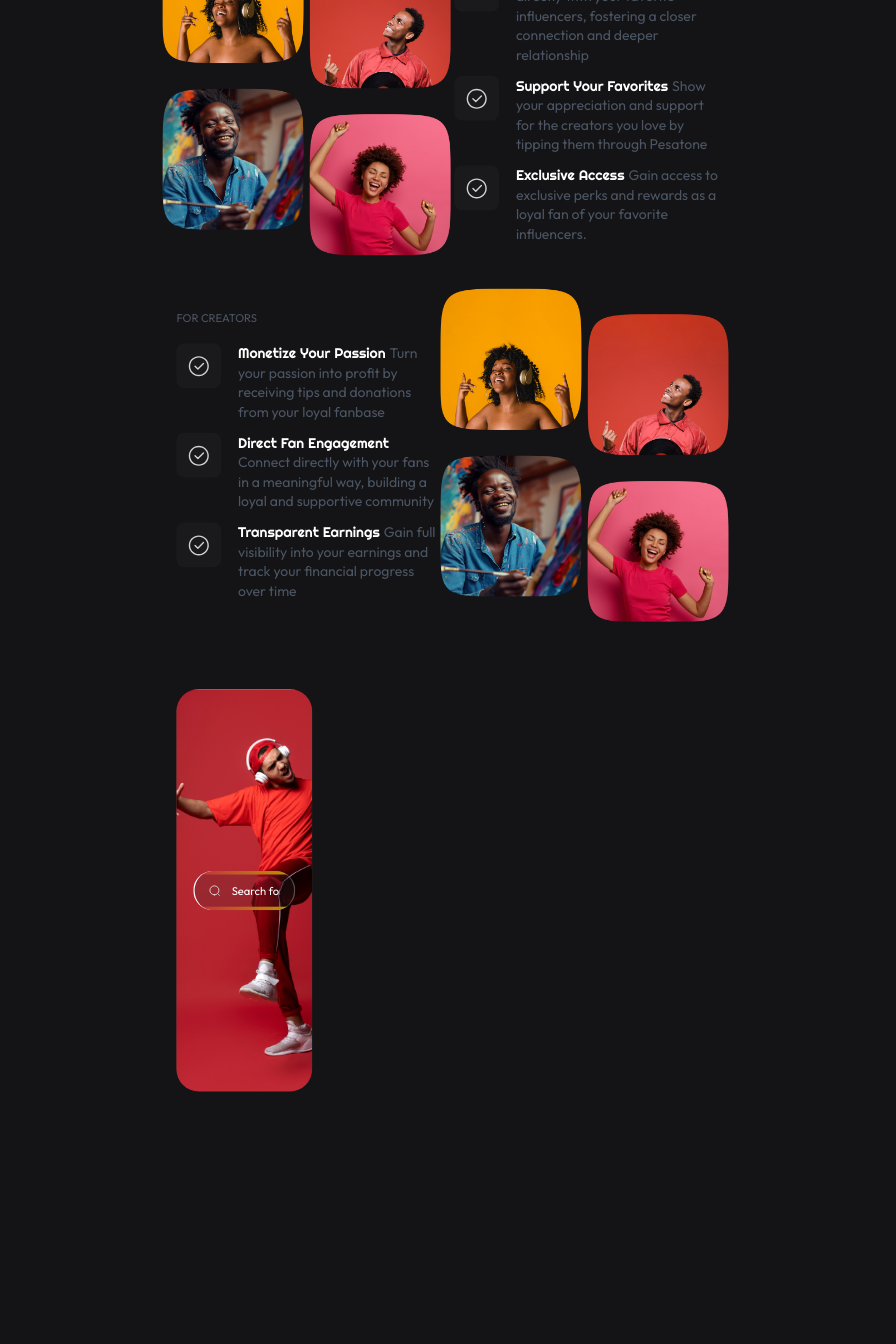
Repository: felixdusengimana/capstone-project-mirror
Page: / (app in frontend/)
These files come from the project's save history. The page is drawn as it stood at one moment and after the next save; the edit follows.
The browser window is 1280 px wide. The pictures show the part of the page from y = 2035 to 3955 px (the page is 3955 px tall), at 70% of full size.
The project was rebuilt for these pictures with package versions that can differ from the ones it lists, and the page was loaded fresh each time. The framework's server and built-in components were replaced by stand-ins that run in the browser. Also part of the build but not shown: frontend/next.config.mjs.

Above is the page before, as saved 2024-03-11 16:16:49.

### frontend/app/layout.tsx
import type { Metadata } from "next";
import { Righteous, Outfit } from "next/font/google";
import "./globals.css";

const outfit = Outfit({ subsets: ["latin"], variable: "--font-outfit" });
const righteous = Righteous({
  subsets: ["latin"],
  variable: "--font-righteous",
  weight: "400",
});

export const metadata: Metadata = {
  title: "Pesatone - Search and gift your favorite creators",
  description:
    "A place where fans show gratitude to the African content creators they love!",
};

export default function RootLayout({
  children,
}: Readonly<{
  children: React.ReactNode;
}>) {
  return (
    <html lang="en">
      <body className={`${outfit.variable} ${righteous.variable} font-sans`}>
        {children}
      </body>
    </html>
  );
}

### frontend/app/page.tsx
import Avatar from "@/components/atoms/Avatar";
import Headline from "@/components/atoms/Headline";
import Card from "@/components/molecules/Card";
import CardIcon from "@/components/molecules/CardIcon";
import Search from "@/components/molecules/Search";
import SmallCard from "@/components/molecules/SmallCard";
import Intro from "@/components/organisms/Intro";
import Navbar from "@/components/organisms/Navbar";
import Image from "next/image";
import React from "react";

export default function page() {
  return (
    <div className="py-[73px]">
      <Navbar />
      <Intro />
      <section className="mt-24 page-padding">
        <div className="max-w-[503px] mx-auto text-center">
          <h5 className="uppercase text-gray-600 mb-4">features</h5>
          <Headline className="text-4xl text-center">
            Unleash Your Influence with Our Exclusive Features
          </Headline>
        </div>
        <div className="grid grid-cols-3 gap-[18px] mt-12">
          <Card title="Secure Transactions" icon="secure">
            Pesatone employs advanced encryption for secure transactions,
            safeguarding you and your fans
          </Card>
          <Card title="Direct Engagement" icon="fast">
            Connect instantly with followers through Pesatone&apos;s
            user-friendly interface, fostering community and stronger
            relationships
          </Card>
          <Card title="Transparent Earnings" icon="dollar">
            Gain clear insight into earnings with Pesatone, easily tracking tips
            and donations for effective financial management
          </Card>
        </div>
      </section>

      <section className="mt-24 page-padding">
        <div className="max-w-[543px] mx-auto text-center">
          <h5 className="uppercase text-gray-600 mb-4">BENEFITS</h5>
          <Headline className="text-4xl text-center">
            Experience the Benefits: Pesatone for Fans and Creators
          </Headline>
        </div>
        <div className="grid grid-cols-2 gap-[18px] mt-12">
          <div className="grid grid-cols-2 w-fit">
            <Avatar
              alt="Profile 1"
              src="/profiles/profile4.png"
              size="2xl"
              circle={false}
              className="ml-[-20px]"
            />
            <Avatar
              alt="Profile 2"
              src={"/profiles/profile3.png"}
              size="2xl"
              circle={false}
              className="mt-[36px]"
            />
            <Avatar
              alt="Profile 3"
              src={"/profiles/profile2.png"}
              size="2xl"
              circle={false}
              className="ml-[-20px]"
            />
            <Avatar
              alt="Profile 4"
              src={"/profiles/profile1.png"}
              size="2xl"
              circle={false}
              className="mt-[36px]"
            />
          </div>
          <div className="flex flex-col justify-center">
            <h5 className="uppercase text-gray-600 mb-6">For Fans</h5>
            <div className="flex flex-col gap-4">
              <SmallCard icon="check" title="Direct Interaction">
                Engage directly with your favorite influencers, fostering a
                closer connection and deeper relationship
              </SmallCard>
              <SmallCard icon="check" title="Support Your Favorites">
                Show your appreciation and support for the creators you love by
                tipping them through Pesatone
              </SmallCard>
              <SmallCard icon="check" title="Exclusive Access ">
                Gain access to exclusive perks and rewards as a loyal fan of
                your favorite influencers.
              </SmallCard>
            </div>
          </div>
        </div>

        <div className="grid grid-cols-2 gap-[18px]  mt-12">
          <div className="flex flex-col justify-center">
            <h5 className="uppercase text-gray-600 mb-6">For creators</h5>
            <div className="flex flex-col gap-4">
              <SmallCard icon="check" title="Monetize Your Passion">
                Turn your passion into profit by receiving tips and donations
                from your loyal fanbase
              </SmallCard>
              <SmallCard icon="check" title="Direct Fan Engagement">
                Connect directly with your fans in a meaningful way, building a
                loyal and supportive community
              </SmallCard>
              <SmallCard icon="check" title="Transparent Earnings">
                Gain full visibility into your earnings and track your financial
                progress over time
              </SmallCard>
            </div>
          </div>
          <div className="grid grid-cols-2 ml-auto w-fit">
            <Avatar
              alt="Profile 1"
              src="/profiles/profile4.png"
              size="2xl"
              circle={false}
              className="ml-[-20px]"
            />
            <Avatar
              alt="Profile 2"
              src={"/profiles/profile3.png"}
              size="2xl"
              circle={false}
              className="mt-[36px]"
            />
            <Avatar
              alt="Profile 3"
              src={"/profiles/profile2.png"}
              size="2xl"
              circle={false}
              className="ml-[-20px]"
            />
            <Avatar
              alt="Profile 4"
              src={"/profiles/profile1.png"}
              size="2xl"
              circle={false}
              className="mt-[36px]"
            />
          </div>
        </div>
      </section>

      <section className="mt-24 page-padding">
        <div className="grid grid-cols-4 grid-rows-3 min-h-[862px]">
          <div className="bg-[url('/creator-bg.png')] bg-cover bg-no-repeat row-span-2 bg-red-400 rounded-[32px] px-6 flex items-center justify-center">
            <Search className="button-border-gradient" />
          </div>
        </div>
      </section>
    </div>
  );
}

### frontend/app/globals.css
@tailwind base;
@tailwind components;
@tailwind utilities;

:root {
  --bg: #141416;
  --bg-hover: #232326;
  --secondary-color: #17171A;
  --foreground-rgb: 0, 0, 0;
  --background-start-rgb: 214, 219, 220;
  --background-end-rgb: 255, 255, 255;
}

@media (prefers-color-scheme: dark) {
  :root {
    --foreground-rgb: 255, 255, 255;
    --background-start-rgb: 0, 0, 0;
    --background-end-rgb: 0, 0, 0;
  }
}

body {
  background: var(--bg);
  color: rgb(var(--foreground-rgb));
}

@layer utilities {
  .text-balance {
    text-wrap: balance;
  }
}

.page-padding {
  padding: 0 252px;
}

.button-border-gradient {
  border-left: 2px solid #FFF;
  border-right: 2px solid #ffffff44;
  background-image: linear-gradient(90deg, #c13041, #bd9600), linear-gradient(90deg, #c13041, #bd9600);
  background-size: 100% 5px;
  background-position: 0 0, 0 100%;
  background-repeat: no-repeat;
}

### frontend/components/atoms/Avatar.tsx
/* eslint-disable @next/next/no-img-element */
import { ComponentProps } from "react";
import Icon from "./Icon";

interface AvatarProps extends ComponentProps<"div"> {
  src: string;
  alt?: string;
  size?: "sm" | "md" | "lg" | "xl" | "2xl";
  circle?: boolean;
  bordered?: boolean;
  fallBackText?: string;
}
export default function Avatar({ ...props }: AvatarProps) {
  const {
    src,
    alt,
    size = "sm",
    circle = true,
    fallBackText,
    bordered,
    ...rest
  } = props;

  const sizeClasses = {
    sm: "w-10 h-10",
    md: "w-12 h-12",
    lg: "w-16 h-16",
    xl: "w-[150px] h-[150px]",
    "2xl": "w-[202px] h-[202px]",
  };

  return (
    <div
      {...rest}
      className={`${src ? "bg-transparent" : "bg-gray-100"} ${
        circle ? "rounded-full" : "rounded"
      } ${bordered ? "border-2 border-white" : ""} ${sizeClasses[size]} ${
        rest.className
      } flex items-center justify-center overflow-hidden`}
    >
      {src ? (
        <img
          src={src}
          alt={alt}
          className={`w-full ${sizeClasses[size]} object-cover`}
        />
      ) : fallBackText ? (
        fallBackText
      ) : (
        <Icon name="user" />
      )}
    </div>
  );
}

### frontend/components/atoms/Headline.tsx
import { ComponentProps } from "react";

interface HeadlineProps extends ComponentProps<"h1"> {}

export default function Headline({ ...props }: HeadlineProps) {
  return (
    <div className={`font-mono text-white ${props.className}`}>
      {props.children}
    </div>
  );
}

### frontend/components/molecules/Card.tsx
import { ComponentProps } from "react";
import { IconNames } from "../atoms/Icon";
import Headline from "../atoms/Headline";
import CardIcon from "./CardIcon";

interface CardProps extends ComponentProps<"div"> {
  icon?: IconNames;
  title?: string;
}

export default function Card({ ...props }: CardProps) {
  const { icon, title, ...rest } = props;
  return (
    <div {...rest} className={`bg-[#171719] p-8 rounded-[23px]`}>
      {icon && <CardIcon icon={icon} />}
      <Headline className="text-2xl font-normal mt-6">{title}</Headline>
      <p
        className={`text-gray-600 font-normal text-xl mt-4 max-w-[333px] ${props.className}`}
      >
        {props.children}
      </p>
    </div>
  );
}

### frontend/components/molecules/Search.tsx
"use client";
import { ComponentProps, useEffect, useState } from "react";
import Icon from "../atoms/Icon";

interface SearchProps extends ComponentProps<"div"> {
  placeholder?: string;
  onSearch?: (query: string) => void;
  onClear?: () => void;
}
export default function Search({
  placeholder = "Search for creators",
  onSearch,
  onClear,
  ...props
}: SearchProps) {
  const [query, setQuery] = useState("");

  // return value after 300ms
  useEffect(
    () => {
      const timer = setTimeout(() => {
        onSearch?.(query);
      }, 300);
      return () => clearTimeout(timer);
    },
    // eslint-disable-next-line react-hooks/exhaustive-deps
    [query]
  );

  return (
    <div
      {...props}
      className={`flex bg-[#2C2C3033] px-5 py-4 gap-4 rounded-full ${props.className}`}
    >
      <Icon name="search" onClick={() => onSearch?.(query)} />
      <input
        disabled
        type="text"
        placeholder={placeholder}
        className="w-full text-white placeholder:text-white bg-transparent outline-none"
        onChange={(e) => setQuery(e.target.value)}
      />
    </div>
  );
}

### frontend/components/molecules/SmallCard.tsx
import { ComponentProps } from "react";
import { IconNames } from "../atoms/Icon";
import CardIcon from "./CardIcon";

interface SmallCardProps extends ComponentProps<"div"> {
  icon: IconNames;
  title: string;
}

export default function SmallCard({ ...props }: SmallCardProps) {
  return (
    <div className="flex gap-6">
      <CardIcon icon={props.icon} />
      <p className="text-gray-600 font-normal text-xl">
        <span className="text-white font-mono">{props.title} </span>
        {props.children}
      </p>
    </div>
  );
}

### frontend/components/organisms/Intro.tsx
"use client";

import Headline from "@/components/atoms/Headline";
import Search from "@/components/molecules/Search";
import DownloadApp from "../molecules/DownloadApp";

export default function Intro() {
  return (
    <div className="grid grid-cols-2 pl-[252px]">
      <div className="mt-40">
        <Headline className="text-[64px] leading-[79.47px]">
          Search and gift your favorite creators
        </Headline>
        <p className="text-xl text-gray-600 max-w-[535px] mt-5">
          A place where fans show gratitude to the African content creators they
          love!
        </p>
        <Search className="max-w-[502px] mt-10" />

        <p className="text-gray-600 mt-24 text-base">
          Trusted Users <br />
          Rated 4.5 by 700K+ Customers
        </p>
        <div className="flex gap-6 mt-6">
          <DownloadApp os="android" />
          <DownloadApp os="ios" className="px-[42px]" />
        </div>
      </div>
      <div className="h-full w-full">
        {/* eslint-disable-next-line @next/next/no-img-element */}
        <img src="./home-bg.png" alt="" className="w-full h-full" />
      </div>
    </div>
  );
}

### frontend/components/organisms/Navbar.tsx
import Image from "next/image";
import Button from "../atoms/Button";
import Link from "next/link";

export default function Navbar() {
  return (
    <div className="page-padding flex justify-between items-center">
      <Link href={"/"} className="flex  items-center gap-2">
        <Image
          src="/logo-white.png"
          alt="PESATONElogo"
          width={40}
          height={40}
        />
        <p className="text-sm">ESATONE</p>
      </Link>
      <div className="flex items-center gap-6">
        <Link href={"/login"}>
          <Button variant="secondary" className="px-12">
            Login
          </Button>
        </Link>
        <Link href={"/join"}>
          <Button variant="white" className="font-semibold">
            Sign up free
          </Button>
        </Link>
      </div>
    </div>
  );
}

### frontend/components/molecules/CardIcon.tsx
import React from "react";
import Icon, { IconNames } from "../atoms/Icon";

export default function CardIcon({ icon }: { icon: IconNames }) {
  return (
    <div className="w-16 min-w-[64px] h-16 rounded-[11px] bg-[#1A1A1C] flex items-center justify-center">
      <Icon name={icon} />
    </div>
  );
}

### frontend/components/molecules/DownloadApp.tsx
import { ComponentProps } from "react";
import Icon from "../atoms/Icon";

interface DownloadAppProps extends ComponentProps<"div"> {
  os: "android" | "ios";
}

export default function DownloadApp({ os, ...props }: DownloadAppProps) {
  return (
    <div
      {...props}
      className={`flex items-center gap-4 px-10 py-4 border border-[#202024] bg-[#202024] rounded-full cursor-pointer min-w-[202.09px]`}
    >
      <Icon name={os == "android" ? "google-play" : "apple-store"} />
      <div>
        <p className="text-[#DBDBDB] font-medium text-[10px]">
          {os == "android" ? "Get it On" : "Download on the"}
        </p>
        <h3 className="text-[#DBDBDB] font-bold text-sm">
          {os == "android" ? "Google Play" : "App Store"}
        </h3>
      </div>
    </div>
  );
}

### frontend/components/atoms/Button.tsx
import { ComponentProps } from "react";

interface ButtonProps extends ComponentProps<"button"> {
  variant?: "dark" | "white" | "blurred" | "secondary";
  size?: "sm" | "md" | "lg";
  bordered?: boolean;
}

export default function Button({ ...props }: ButtonProps) {
  const { variant = "dark", size = "md", bordered = false } = props;

  const variantClasses = {
    dark: "bg-black text-white",
    white: "bg-white text-black",
    secondary: "bg-secondary text-white",
    blurred: "bg-blurred text-white",
  };

  const sizeClasses = {
    sm: "px-2 py-1",
    md: "px-8 py-4",
    lg: "px-6 py-3",
  };

  const borderClasses = bordered ? "border border-black" : "";

  return (
    <button
      {...props}
      className={`text-xl font-normal rounded-full ${variantClasses[variant]} ${sizeClasses[size]} ${borderClasses} ${props.className}`}
    >
      {props.children}
    </button>
  );
}

### frontend/tailwind.config.ts
import type { Config } from "tailwindcss";

const config: Config = {
  content: [
    "./pages/**/*.{js,ts,jsx,tsx,mdx}",
    "./components/**/*.{js,ts,jsx,tsx,mdx}",
    "./app/**/*.{js,ts,jsx,tsx,mdx}",
  ],
  theme: {
    extend: {
      // backgroundImage: {
      //   "gradient-radial": "radial-gradient(var(--tw-gradient-stops))",
      //   "gradient-conic":
      //     "conic-gradient(from 180deg at 50% 50%, var(--tw-gradient-stops))",
      // },
      fontFamily: {
        sans: ["var(--font-outfit)"],
        mono: ["var(--font-righteous)"],
      },
      colors: {
        secondary: "var(--secondary-color)",
      },
    },
  },
  plugins: [],
};
export default config;

Loaded but not shown: frontend/components/atoms/Icon.tsx (241 lines, source omitted)

After the next save:
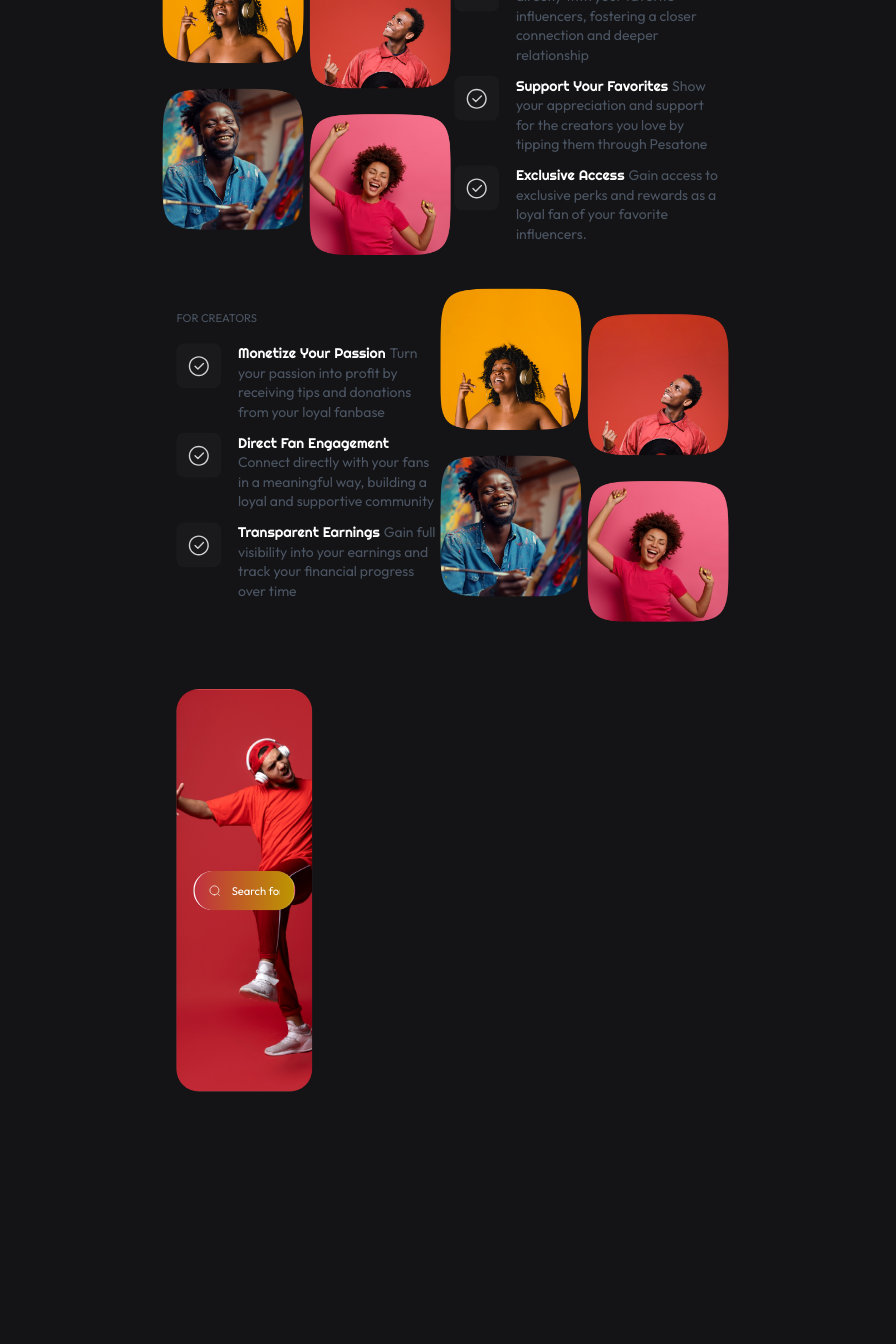
Saved 10 s later.
--- a/frontend/app/globals.css
+++ b/frontend/app/globals.css
@@ -38,7 +38,4 @@ body {
   border-left: 2px solid #FFF;
   border-right: 2px solid #ffffff44;
   background-image: linear-gradient(90deg, #c13041, #bd9600), linear-gradient(90deg, #c13041, #bd9600);
-  background-size: 100% 5px;
-  background-position: 0 0, 0 100%;
-  background-repeat: no-repeat;
 }

After the save that followed:
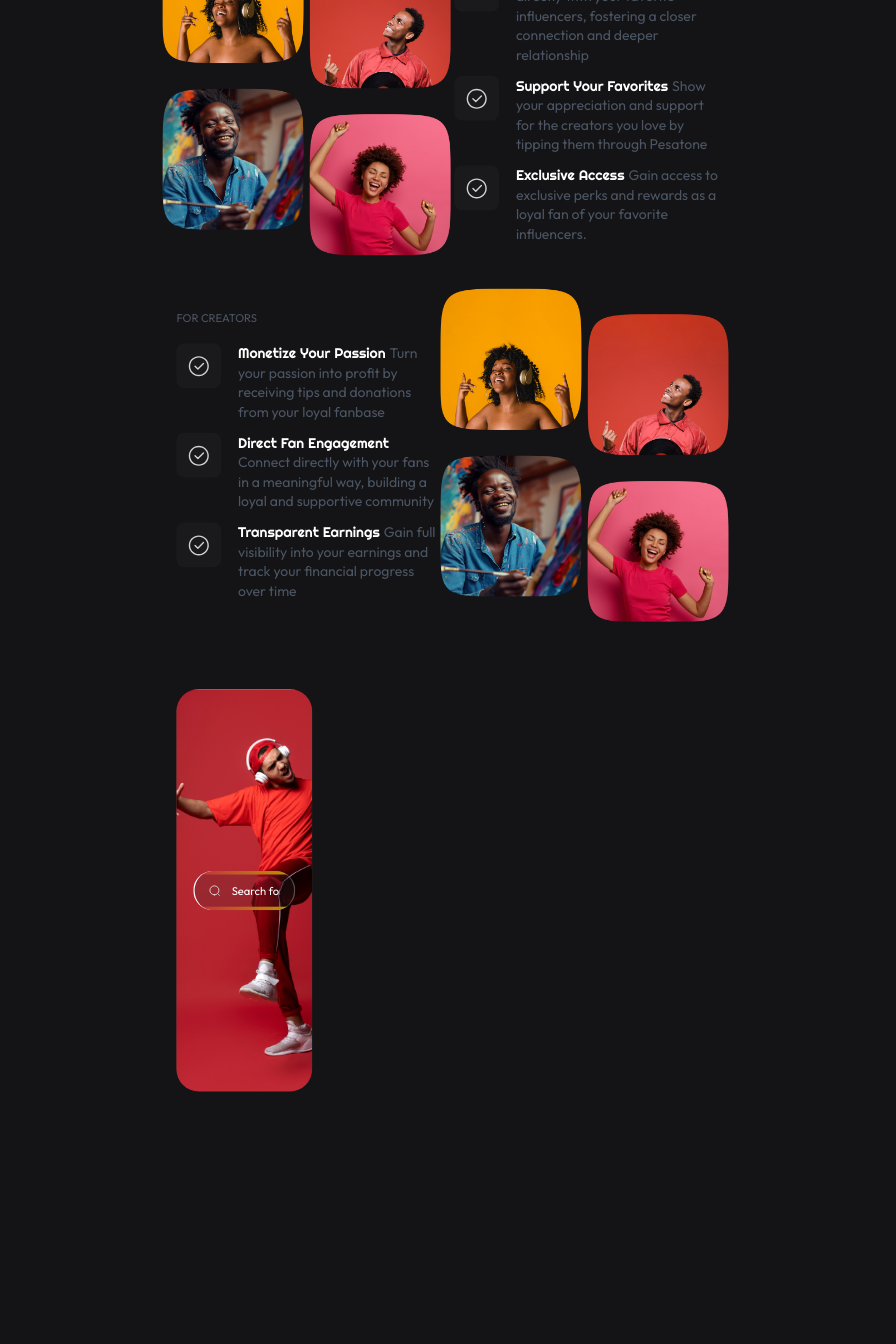
Saved 4 s later.
--- a/frontend/app/globals.css
+++ b/frontend/app/globals.css
@@ -38,4 +38,7 @@ body {
   border-left: 2px solid #FFF;
   border-right: 2px solid #ffffff44;
   background-image: linear-gradient(90deg, #c13041, #bd9600), linear-gradient(90deg, #c13041, #bd9600);
+  background-size: 100% 5px;
+  background-position: 0 0, 0 100%;
+  background-repeat: no-repeat;
 }
